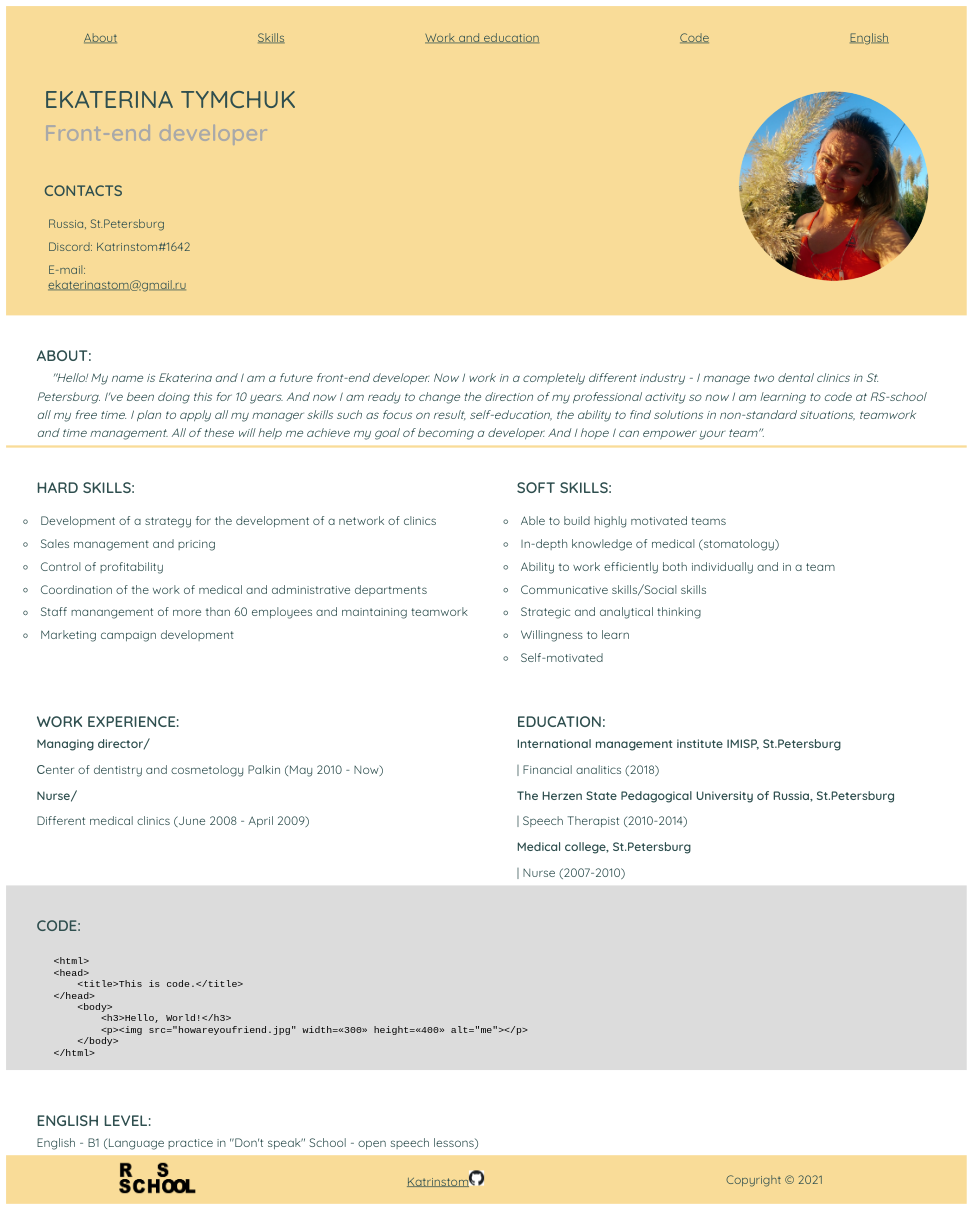
Repository: Katrinstom/rsschool-cv
Page: index.html
These files come from the project's save history. The page is drawn as it stood at one moment and after the next save; the edit follows.
The browser window is 1280 px wide. The pictures show the whole page, at 76% of full size.

Above is the page before, as saved 2022-01-02 22:28:11.

After the next save:
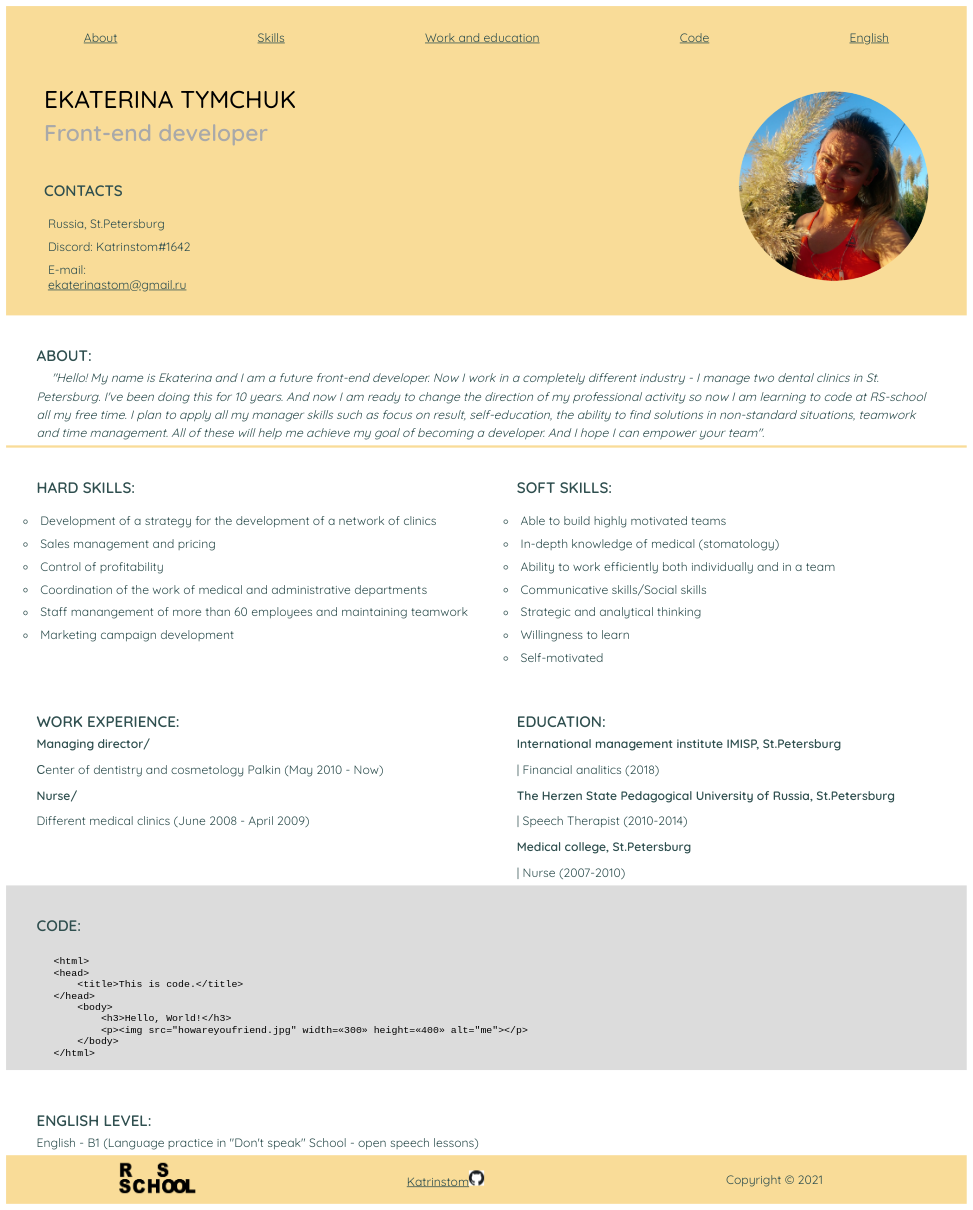
Saved 52 s later.
--- a/style.css
+++ b/style.css
@@ -39,7 +39,7 @@
   font-weight: 500;
   font-size: 32px;
   text-transform: uppercase;
-  color:darkslategray;
+
   margin: 0;
 }
 h2 {

After the save that followed:
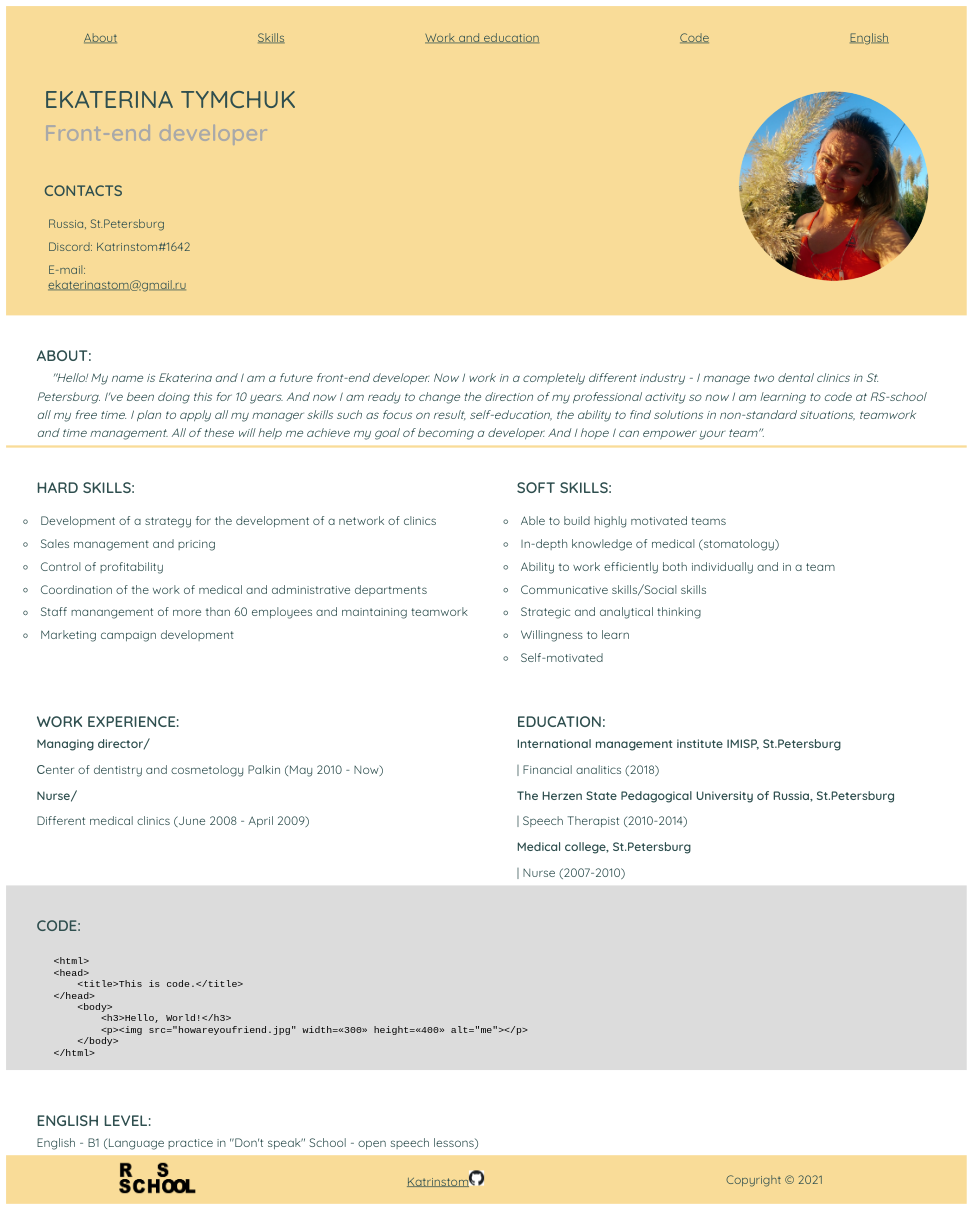
Saved 35 s later.
--- a/style.css
+++ b/style.css
@@ -28,6 +28,7 @@
 }
 .nav-item a:hover {
     background-color: aqua;
+    cursor: context-menu;
 }
 body {
     font-family: 'Quicksand', sans-serif;
@@ -39,7 +40,7 @@
   font-weight: 500;
   font-size: 32px;
   text-transform: uppercase;
-
+  color:darkslategray;
   margin: 0;
 }
 h2 {
